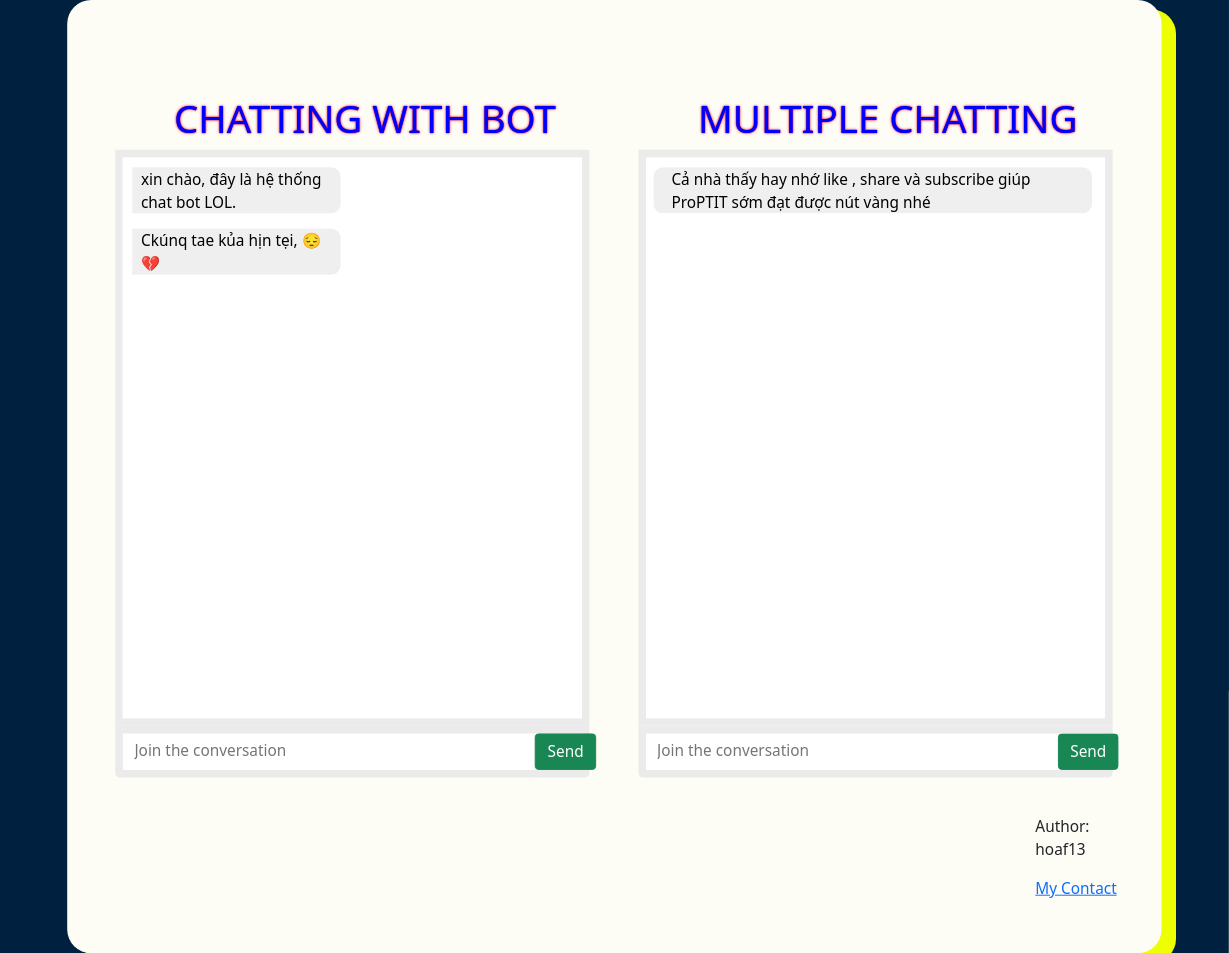
Repository: hoaf13/nlp-chatbot-lol
Page: http://localhost/
The author's editor kept a copy of each file at every save. The page is drawn from the files as they stood at one save, then again after the next save.
The browser window is 1280 px wide. The pictures show the whole page, at 96% of full size.
Some web libraries are served in a nearby version. The page is served by the project's application, run on Flask 3 (app/__init__.py). Other server files are loaded and not shown.

Above is the page before, as saved 2021-01-24 19:15:51.

### app/templates/pages/index.html
<!DOCTYPE html>
<html>
  <head>
    <meta charset="utf-8">
    <meta name="viewport" content="width=device-width, initial-scale=1">
    <title>Hello</title>
    <script src="https://ajax.googleapis.com/ajax/libs/jquery/2.2.4/jquery.min.js"></script>

    <link rel="stylesheet" type='text/css' href="{{ url_for('static', filename='css/bootstrap.min.css') }}">
    <link rel="stylesheet" type='text/css' href="{{ url_for('static', filename='css/style.css') }}">
  </head>
  <body>

    <script src="//cdnjs.cloudflare.com/ajax/libs/socket.io/2.2.0/socket.io.js" integrity="sha256-yr4fRk/GU1ehYJPAs8P4JlTgu0Hdsp4ZKrx8bDEDC3I=" crossorigin="anonymous"></script>
    <script type="text/javascript" charset="utf-8">

    $(document).ready(function(){
      var socket = io();
      socket.on('connect', function() {
        socket.emit('connected', socket.id);
      });

      $('#send-btn-2').on('click', ()=>{
        socket.emit('client-send-multiple-messages', $('#my-message-2').val())
        $('#my-message-2').val('')
      });

      socket.on('server-send-multiple-messages', (msg) => {
        $('#multi-messages').append('<div class="row"><p class="box3">' + msg + '</p></div>')
        console.log(msg)
      });

      $('#send-btn-1').on('click', ()=>{
        socket.emit('client-send-single-messages', $('#my-message-1').val())
        $('#my-message-1').val('')
      });

      socket.on('server-send-single-messages', (msg) => {
        $('#single-messages').append('<div class="row"><div class="col-sm-6"><p class="float-start box1"></p></div><div class="col-sm-6"><p class="float-end box2">' + msg['client_msg'] + '</p></div></div>')
        $('#single-messages').append('<div class="row"><div class="col-sm-6"><p class="float-start box1">' + msg['server_msg'] + '</p></div><div class="col-sm-6"><p class="float-end box2"></div></div>')
        console.log(msg['client_msg'] + " " + msg['server_msg'])
      });
    });

  </script>

     <div class="container min-100">
        <div class="row">
            <div class="col">
              <h1> <div class="box-title"> CHATTING WITH BOT </div></h1>

              <div id="single-messages" class="box-single-chat">
                <div class="row">
                  <div class="col-sm-6">
                    <p class="float-start box1">
                      xin chào, đây là hệ thống chat bot LOL.
                    </p>
                  </div>
                  <div class="col-sm-6"><p class="float-end box2"></div>
                </div>

                <div class="row">
                    <div class="col-sm-6"><p class="float-start box1">Ckúnq tae kủa hịn tẹi, 😔💔</p></div>
                    <div class="col-sm-6"><p class="float-end "></div>
                </div>

              </div> <!--div end box-single-chat -->

              <div class="send-msg">
                <div class="my-box" style="margin-right: -20px; padding-left: 10px;">
                  <input id="my-message-1" style="padding-right: 10px;" type="text" placeholder="Join the conversation" name="single_message" required>
                  <button id="send-btn-1" class="btn btn-success" type="button" >Send</button>
                </div>

            </div>

            </div> <!--div end col-->

            <div class="col">
              <h1> <div class="box-title"> MULTIPLE CHATTING </div></h1>

              <div id = "multi-messages" class="box-single-chat">
                <div class="row">
                  <p class="box3">Cả nhà thấy hay nhớ like , share và subscribe giúp ProPTIT sớm đạt được nút vàng nhé</p>
                </div>
              </div>

              <div class="send-msg">
                  <div class="my-box" style="margin-right: -20px; padding-left: 10px;">
                    <input id="my-message-2" style="padding-right: 10px;" type="text" placeholder="Join the conversation" name="multiple_message" required>
                    <button id="send-btn-2" class="btn btn-success" type="button" >Send</button>
                  </div>

              </div>

            </div>
        </div>
        <div class="space"></br>

        <footer style="padding-left: 90%;">
          <p>Author: hoaf13</p>
          <p><a href="https://www.facebook.com/hoaf13.6/">My Contact</a></p>
        </footer>
     </div>


  </body>
</html>

### app/mod_pages/controllers.py
from flask import Blueprint, flash, render_template, request, session, abort, redirect, url_for
import requests
import os
from app import app

mod_pages = Blueprint('pages', __name__, url_prefix='')


@mod_pages.route("/")
def hello():
    # currentSocketId = request.namespace.socket.sessid
    # print("CurrentSocketID: {}".format(currentSocketId))
    return render_template('pages/index.html')

### app/__init__.py
from flask import Flask, render_template, url_for, redirect
import os

app = Flask(__name__)
app.config.from_object('config')

from app.mod_pages.controllers import mod_pages as pages_module
app.register_blueprint(pages_module)

from flask_sqlalchemy import SQLAlchemy
from flask_migrate import Migrate

db = SQLAlchemy(app)
migrate = Migrate(app, db)

from app import models

@app.errorhandler(404)
def not_found(error):
    return render_template('404.html')

### app/static/css/style.css
html, body {
  height: 100%;
  background-color: #00203fff;
  /* font-size: 20px; */
}

.min-100 {
  background-color: #fdfcf5;
  border-radius: 25px;
  padding: 100px 25px 25px 50px;
  box-shadow: 15px 10px #eeff04;
}

.box-single-chat {
  max-width: 100%;
  height:600px;
  width:95%;
  overflow:auto;
  border:8px solid #ebebeb;
  padding: 2%;
  background-color: #ffffff;
}

.box1{
  background-color: #efefef;
  border-radius: 0 10px 10px 0;
  color: #000000;
  padding-left: 4%;
  padding-right: 4%;
  /* max-width: 100%; */
}

.space{
  padding: 15px 0px 15px 0px;
}

.box2{
  background-color: #2810ff;
  border-radius: 10px 0px 0px 10px;
  color: #fdfcf5;
  padding-left: 4%;
  padding-right: 4%;
  /* max-width: 100%; */
}

.box3{
  background-color: #efefef;
  color: #000000;
  /* background-image: linear-gradient(to right, rgb(156, 5, 156), rgb(0, 0, 255)); */
  border-radius: 10px 10px 10px 10px;
  padding-left: 4%;
  padding-right: 4%;
  margin-left: 2%;
  width: 95%;
}

.box-title{
  display: flex;
  justify-content: center;
  text-shadow: 0 0 3px #FF0000, 0 0 1px #0000FF;
  color: blue;
}

.send-msg{
  background-color: #ffffff;
  width: 95%;
  border:8px solid #ebebeb;
  border-radius: 0 0 5px 5px;
  padding-right: -25px;
}

input{
  border: none;
  width: 85%;
}

textarea:focus, input:focus{
  outline: none;
}

### app/templates/404.html
<!DOCTYPE html>
<html lang="en">
<head>
    <meta charset="UTF-8">
    <meta name="viewport" content="width=device-width, initial-scale=1.0">
    <title>404 NOT FOUND</title>
</head>
<body>
    <div id="message">
      <h2>404</h2>
      <h1>Page Not Found</h1>
      <p>The specified file was not found on this website. Please check the URL for mistakes and try again.</p>
    </div>
</body>
</html>

Loaded but not shown: app/static/css/bootstrap.min.css (library)

After the next save:
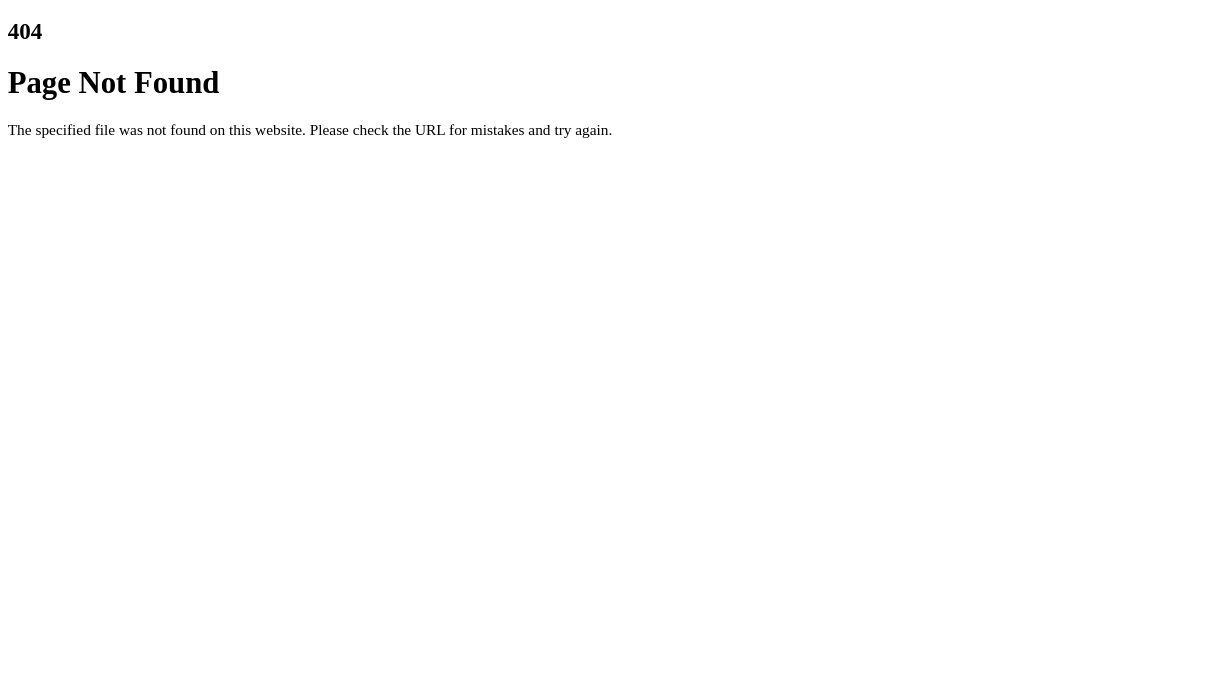
Saved 11 s later.
--- a/app/mod_pages/controllers.py
+++ b/app/mod_pages/controllers.py
@@ -3,7 +3,7 @@ import requests
 import os
 from app import app
 
-mod_pages = Blueprint('pages', __name__, url_prefix='')
+mod_pages = Blueprint('pages', __name__, url_prefix='/apis/')
 
 
 @mod_pages.route("/")
